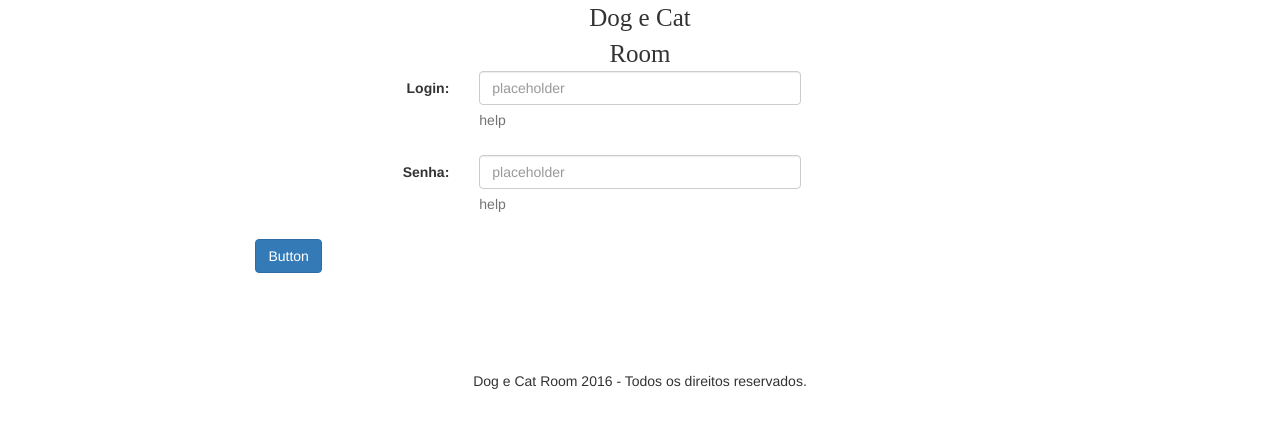
Repository: Natanzx/DogECatRoom
Page: http://localhost/DogECatRoom/login.jsp
These files come from the project's save history. The page is drawn as it stood at one moment and after the next save; the edit follows.
The browser window is 1280 px wide. The pictures show the whole page.
The page is served by Tomcat 9.

Above is the page before, as saved 2016-05-15 19:30:37.

After the next save:
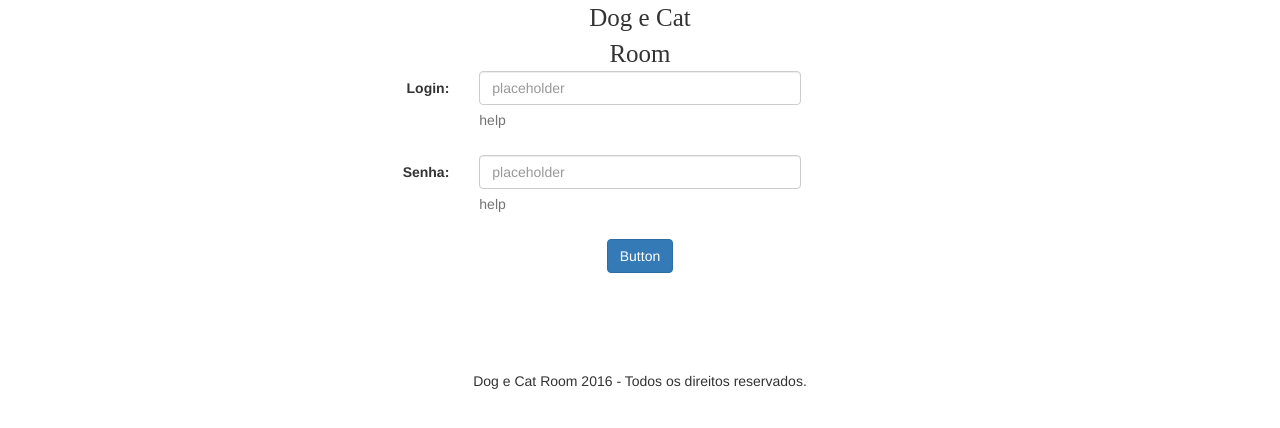
Saved 41 s later.
--- a/DogECatRoom/WebContent/login.jsp
+++ b/DogECatRoom/WebContent/login.jsp
@@ -48,10 +48,7 @@
 
 					<!-- Botao logar -->
 					<div class="form-group"  style="text-align: center;">
-						<div class="col-md-4" style="display: table;">
-							<button id="singlebutton" name="singlebutton"
-								class="btn btn-primary">Button</button>
-						</div>
+						<button id="singlebutton" name="singlebutton" class="btn btn-primary">Button</button>
 					</div>
 
 				</fieldset>
